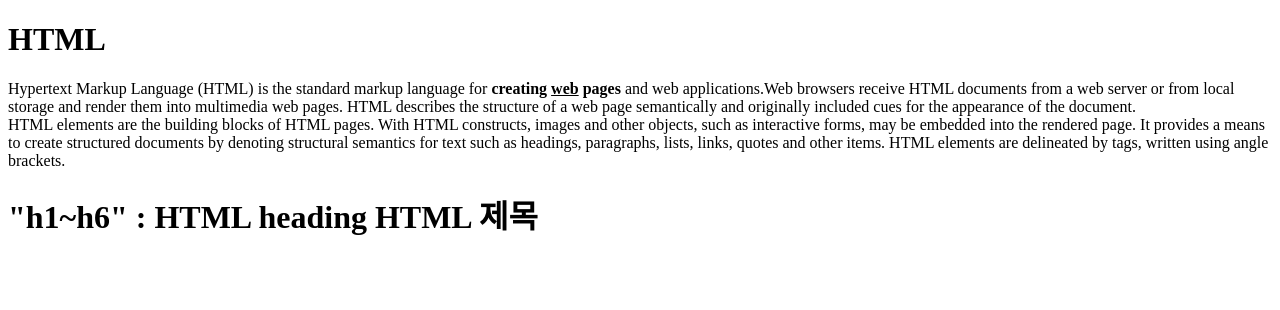
Repository: winterer4/Web-1
Page: HTML5/1.html
An editor plug-in stored every save of this project. The page is shown before and after the next save, followed by the edit.
The browser window is 1280 px wide. The pictures show the whole page.

Above is the page before, as saved 2018-10-25 06:43:54.

After the next save:
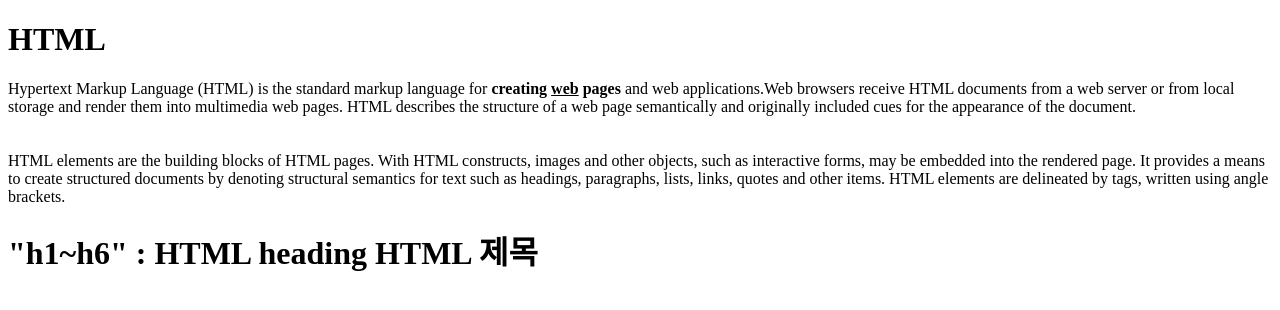
Saved 23 s later.
--- a/HTML5/1.html
+++ b/HTML5/1.html
@@ -7,7 +7,7 @@
 <body>
 <h1>HTML</h1>
 Hypertext Markup Language (HTML) is the standard markup language for <strong>creating <u>web</u> pages</strong> and web applications.Web browsers receive HTML documents from a web server or from local storage and render them into multimedia web pages. HTML describes the structure of a web page semantically and originally included cues for the appearance of the document.
-<br>HTML elements are the building blocks of HTML pages. With HTML constructs, images and other objects, such as interactive forms, may be embedded into the rendered page. It provides a means to create structured documents by denoting structural semantics for text such as headings, paragraphs, lists, links, quotes and other items. HTML elements are delineated by tags, written using angle brackets.
+<br><br><br>HTML elements are the building blocks of HTML pages. With HTML constructs, images and other objects, such as interactive forms, may be embedded into the rendered page. It provides a means to create structured documents by denoting structural semantics for text such as headings, paragraphs, lists, links, quotes and other items. HTML elements are delineated by tags, written using angle brackets.
 
 </body>
 
